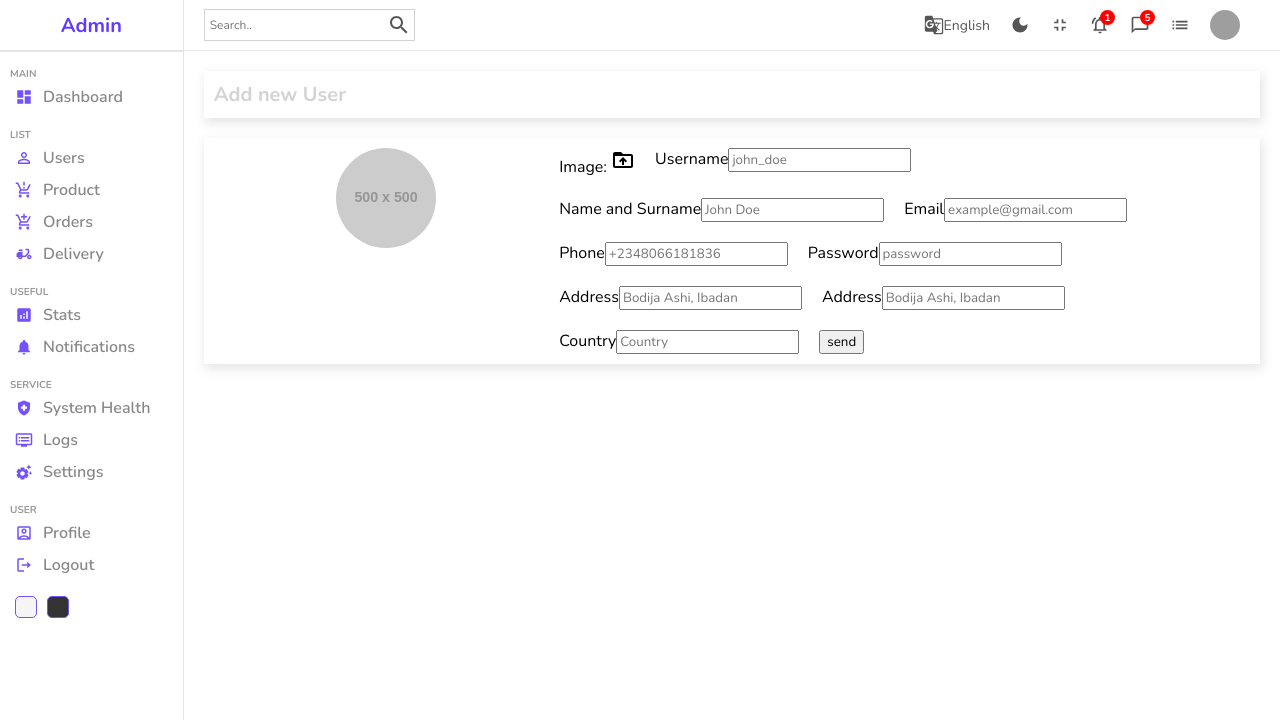
Repository: maescode/simple-react-admin-dashboard
Page: /users/new
An editor plug-in stored every save of this project. The page is shown before and after the next save, followed by the edit.
The browser window is 1280 px wide. The pictures show the whole page.
Pictures or frames that could not be fetched are drawn as grey boxes. The project was rebuilt for these pictures with package versions that can differ from the ones it lists, and the page was loaded fresh each time. Also part of the build but not shown: src/App.css, src/pages/home/home.scss, src/pages/components/widget/widget.scss, src/pages/components/widget/Widget.jsx, src/pages/components/featured/featured.scss, src/pages/components/featured/Featured.jsx, src/pages/components/chart/chart.scss, src/pages/components/chart/Chart.jsx and 11 more.

Above is the page before, as saved 2022-08-10 06:03:07.

### public/index.html
<!DOCTYPE html>
<html lang="en">
  <head>
    <meta charset="utf-8" />
    <link rel="icon" href="%PUBLIC_URL%/favicon.ico" />
    <meta name="viewport" content="width=device-width, initial-scale=1" />
    <meta name="theme-color" content="#000000" />
    <meta
      name="description"
      content="Web site created using create-react-app"
    />
    <link rel="apple-touch-icon" href="%PUBLIC_URL%/logo192.png" />
    <link rel="manifest" href="%PUBLIC_URL%/manifest.json" />
    <link rel="preconnect" href="https://fonts.googleapis.com" />
    <link rel="preconnect" href="https://fonts.gstatic.com" crossorigin />
    <link
      href="https://fonts.googleapis.com/css2?family=Nunito:ital,wght@0,200;0,300;0,400;0,500;0,600;0,700;0,800;1,500&display=swap"
      rel="stylesheet"
    />
    <style>
      * {
        font-family: Nunito;
        margin: 0;
      }
    </style>
    <title>Dashboard</title>
  </head>
  <body>
    <noscript>You need to enable JavaScript to run this app.</noscript>
    <div id="root"></div>
  </body>
</html>

### src/App.js
import { BrowserRouter, Routes, Route, Link } from 'react-router-dom';
import './App.css';
import Home from './pages/home/Home';
import Login from './pages/login/Login';
import List from './pages/list/List';
import New from './pages/new/New';
import Single from './pages/single/Single';

function App() {
  return (
    <>
      <BrowserRouter>
        <Routes>
          <Route path="/">
            <Route index element={<Home />} />
            <Route path="login" element={<Login />} />
            <Route path="users">
              <Route index element={<List />} />
              <Route path=":userId" element={<Single />} />
              <Route path="new" element={<New />} />
            </Route>
            <Route path="products">
              <Route index element={<List />} />
              <Route path=":productsId" element={<Single />} />
              <Route path="new" element={<New />} />
            </Route>
          </Route>
        </Routes>
      </BrowserRouter>
    </>
  );
}

export default App;

### src/pages/new/New.jsx
import React from 'react';
import Navbar from '../components/navbar/Navbar';
import Sidebar from '../components/sidebar/Sidebar';
import Datatable from '../components/datatable/Datatable';
import Chart from '../components/chart/Chart';
import DriveFolderUploadIcon from '@mui/icons-material/DriveFolderUpload';

import './new.scss';

const New = () => {
  return (
    <div className="new">
      <Sidebar />
      <div className="newContainer">
        <Navbar />
        <div className="top">
          <h1>Add new User</h1>
        </div>
        <div className="bottom">
          <div className="left">
            <img
              src="http://dummyimage.com/500x500.png/dddddd/000000"
              alt="alt"
            />
          </div>
          <div className="right">
            <form className="form">
              <div className="formInput">
                <label htmlFor="file">
                  Image: <DriveFolderUploadIcon className="icon" />
                </label>
                <input
                  type="file"
                  name="file"
                  id="file"
                  style={{ display: 'none' }}
                />
              </div>

              <div className="formInput">
                <label>Username</label>
                <input type="text" name="username" placeholder="john_doe" />
              </div>

              <div className="formInput">
                <label>Name and Surname</label>
                <input
                  type="text"
                  name="name_and_surname"
                  placeholder="John Doe"
                />
              </div>

              <div className="formInput">
                <label>Email</label>
                <input
                  type="email"
                  name="email"
                  placeholder="example@gmail.com"
                />
              </div>

              <div className="formInput">
                <label>Phone</label>
                <input type="text" name="phone" placeholder="+2348066181836" />
              </div>

              <div className="formInput">
                <label>Password</label>
                <input type="password" name="password" placeholder="password" />
              </div>

              <div className="formInput">
                <label>Address</label>
                <input
                  type="text"
                  name="address"
                  placeholder="Bodija Ashi, Ibadan"
                />
              </div>

              <div className="formInput">
                <label>Address</label>
                <input
                  type="text"
                  name="address"
                  placeholder="Bodija Ashi, Ibadan"
                />
              </div>

              <div className="formInput">
                <label>Country</label>
                <input type="text" name="country" placeholder="Country" />
              </div>

              <button>send</button>
            </form>
          </div>
        </div>
      </div>
    </div>
  );
};

export default New;

### src/pages/components/sidebar/Sidebar.jsx
import React from 'react';
import './sidebar.scss';
import DashboardIcon from '@mui/icons-material/Dashboard';
import PersonOutlineOutlinedIcon from '@mui/icons-material/PersonOutlineOutlined';
import ProductionQuantityLimitsOutlinedIcon from '@mui/icons-material/ProductionQuantityLimitsOutlined';
import LogoutOutlinedIcon from '@mui/icons-material/LogoutOutlined';
import AccountBoxOutlinedIcon from '@mui/icons-material/AccountBoxOutlined';
import AddShoppingCartIcon from '@mui/icons-material/AddShoppingCart';
import DeliveryDiningIcon from '@mui/icons-material/DeliveryDining';
import AnalyticsIcon from '@mui/icons-material/Analytics';
import NotificationsIcon from '@mui/icons-material/Notifications';
import HealthAndSafetyIcon from '@mui/icons-material/HealthAndSafety';
import DvrIcon from '@mui/icons-material/Dvr';
import SettingsSuggestIcon from '@mui/icons-material/SettingsSuggest';
const Sidebar = () => {
  return (
    <div className="sidebar">
      <div className="top">
        <span className="logo">Admin</span>
      </div>
      <hr />
      <div className="center">
        <ul>
          <p className="title">MAIN</p>
          <li>
            <DashboardIcon className="icon" />
            <span>Dashboard</span>
          </li>
          <p className="title">LIST</p>
          <li>
            <PersonOutlineOutlinedIcon className="icon" />
            <span>Users</span>
          </li>
          <li>
            <ProductionQuantityLimitsOutlinedIcon className="icon" />
            <span>Product</span>
          </li>
          <li>
            <AddShoppingCartIcon className="icon" />
            <span>Orders</span>
          </li>
          <li>
            <DeliveryDiningIcon className="icon" />
            <span>Delivery</span>
          </li>
          <p className="title">USEFUL</p>
          <li>
            <AnalyticsIcon className="icon" />
            <span>Stats</span>
          </li>
          <li>
            <NotificationsIcon className="icon" />
            <span>Notifications</span>
          </li>
          <p className="title">SERVICE</p>
          <li>
            <HealthAndSafetyIcon className="icon" />
            <span>System Health</span>
          </li>
          <li>
            <DvrIcon className="icon" />
            <span>Logs</span>
          </li>
          <li>
            <SettingsSuggestIcon className="icon" />
            <span>Settings</span>
          </li>
          <p className="title">USER</p>
          <li>
            <AccountBoxOutlinedIcon className="icon" />
            <span>Profile</span>
          </li>
          <li>
            <LogoutOutlinedIcon className="icon" />
            <span>Logout</span>
          </li>
        </ul>
      </div>
      <div className="bottom">
        <div className="colorOption"></div>
        <div className="colorOption"></div>
      </div>
    </div>
  );
};

export default Sidebar;

### src/pages/components/navbar/Navbar.jsx
import React from 'react';
import './navbar.scss';
import SearchIcon from '@mui/icons-material/Search';
import GTranslateIcon from '@mui/icons-material/GTranslate';
import DarkModeIcon from '@mui/icons-material/DarkMode';
import FullscreenExitIcon from '@mui/icons-material/FullscreenExit';
import NotificationsActiveOutlinedIcon from '@mui/icons-material/NotificationsActiveOutlined';
import ChatBubbleOutlineOutlinedIcon from '@mui/icons-material/ChatBubbleOutlineOutlined';
import ListOutlinedIcon from '@mui/icons-material/ListOutlined';

const Navbar = () => {
  return (
    <div className="navbar">
      <div className="wrapper">
        <div className="search">
          <input type="search" placeholder="Search.." className="" />
          <SearchIcon />
        </div>
        <div className="items">
          <div className="item">
            <GTranslateIcon className="icon" />
            English
          </div>
          <div className="item">
            <DarkModeIcon className="icon" />
          </div>
          <div className="item">
            <FullscreenExitIcon className="icon" />
          </div>
          <div className="item">
            <NotificationsActiveOutlinedIcon className="icon" />
            <div className="counter">1</div>
          </div>
          <div className="item">
            <ChatBubbleOutlineOutlinedIcon className="icon" />
            <div className="counter">5</div>
          </div>
          <div className="item">
            <ListOutlinedIcon className="icon" />
          </div>

          <div className="item">
            <img
              src={'https://picsum.photos/id/237/200/300'}
              className="avatar"
              alt="icon"
            />
          </div>
        </div>
      </div>
    </div>
  );
};

export default Navbar;

### src/pages/new/new.scss
.new {
  width: 100%;
  display: flex;

  .newContainer {
    flex: 6;

    .top,
    .bottom {
      padding: 10px;
      margin: 20px;
      -webkit-box-shadow: 2px 4px 10px 1px rgba(0, 0, 0, 0.47);
      box-shadow: 2px 4px 10px 1px rgba(201, 201, 201, 0.47);
      display: flex;

      h1 {
        color: lightgrey;
        font-size: 20px;
      }
    }

    .left {
      flex: 1;
      text-align: center;
      img {
        width: 100px;
        height: 100px;
        border-radius: 50%;
        object-fit: contain;
      }
    }
    .right {
      flex: 2;
      form {
        display: flex;
        flex-wrap: wrap;
        gap: 20px;
      }
    }
  }
}

### src/pages/components/sidebar/sidebar.scss
.sidebar {
  flex: 1;
  border-right: 0.5px solid rgb(230, 227, 227);
  min-height: 100vh;
  background-color: white;
  .top {
    height: 50px;
    display: flex;
    align-items: center;
    justify-content: center;

    .logo {
      font-size: 20px;
      font-weight: bold;
      color: #6439ff;
    }
  }

  hr {
    height: 0;
    border: 0.5px solid rgb(230, 227, 227);
  }

  .center {
    padding-left: 10px;
    ul {
      list-style: none;
      margin: 0;
      padding: 0;

      li {
        display: flex;
        align-items: center;
        padding: 5px;
        cursor: pointer;
        &:hover {
          background-color: #ece8ff;
        }

        .icon {
          font-size: 18px;
          color: #7451f8;
        }

        span {
          font: size 13px;
          font-weight: 600;
          color: #888;
          margin-left: 10px;
        }
      }

      .title {
        font-size: 10px;
        font-weight: bold;
        color: #999;
        margin-top: 15px;
      }
    }
  }

  .bottom {
    display: flex;
    align-items: center;
    margin: 10px;

    .colorOption {
      width: 20px;
      height: 20px;
      border-radius: 5px;
      border: 1px solid #7451f8;
      cursor: pointer;
      margin: 5px;

      &:nth-child(1) {
        background-color: whitesmoke;
      }
      &:nth-child(2) {
        background-color: #333;
      }
    }
  }
}

### src/pages/components/navbar/navbar.scss
.navbar {
  height: 50px;
  border-bottom: 0.5px solid rgb(231, 228, 228);
  display: flex;
  align-items: center;
  font-size: 14px;
  color: #555;

  .wrapper {
    width: 100%;
    display: flex;
    align-items: center;
    justify-content: space-between;
    padding: 20px;

    .search {
      display: flex;
      align-items: center;
      border: 0.5px solid lightgrey;
      padding: 3px;

      input {
        border: none;
        outline: none;
        background-color: transparent;

        &::placeholder {
          font-size: 12px;
        }
      }
    }

    .items {
      display: flex;
      align-items: center;

      .item {
        display: flex;
        align-items: center;
        margin-right: 20px;
        position: relative;
        cursor: pointer;

        .icon {
          font-size: 20px;
        }

        .avatar {
          width: 30px;
          height: 30px;
          border-radius: 100%;
        }
        .counter {
          background-color: red;
          width: 15px;
          height: 15px;
          border-radius: 100%;
          color: white;
          display: flex;
          align-items: center;
          justify-content: center;
          font-size: 10px;
          font-weight: bold;
          position: absolute;
          top: -5px;
          right: -5px;
        }
      }
    }
  }
}

Loaded but not shown: src/index.js (common file); src/index.css (common file); src/reportWebVitals.js (common file)

After the next save:
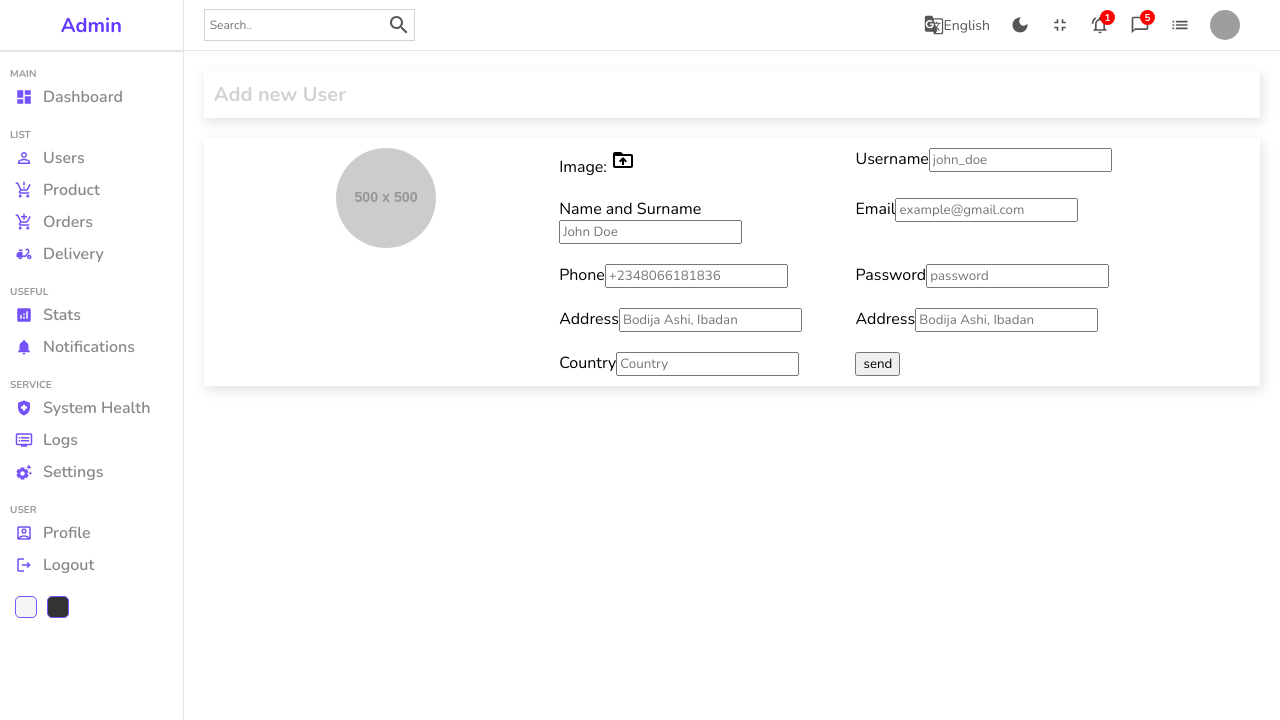
Saved 29 s later.
--- a/src/pages/new/new.scss
+++ b/src/pages/new/new.scss
@@ -35,6 +35,10 @@
         display: flex;
         flex-wrap: wrap;
         gap: 20px;
+
+        .formInput {
+          width: 40%;
+        }
       }
     }
   }
